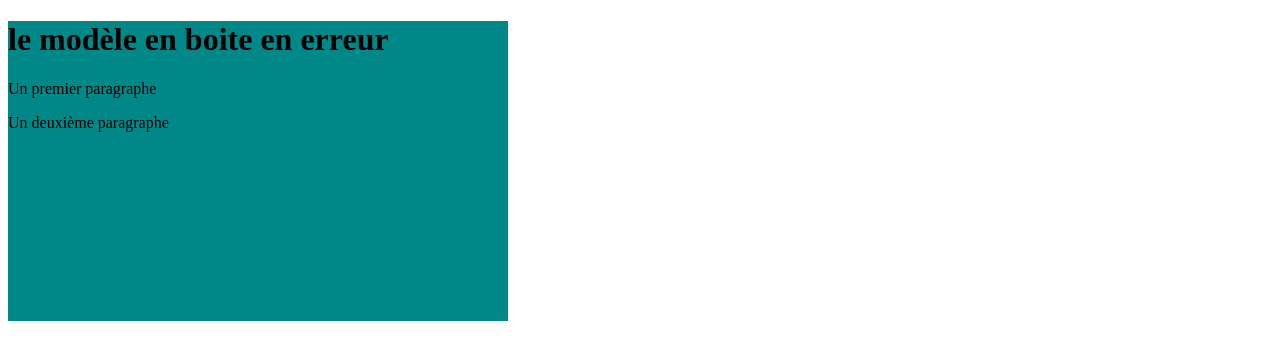
Repository: serviceshuios/-git-reference-java-lyon-worspace
Page: workspaceWeb/MaPremierePage/WebContent/ModeleEnBoiteErreur.html
The author's editor kept a copy of each file at every save. The page is drawn from the files as they stood at one save, then again after the next save.
The browser window is 1280 px wide. The pictures show the whole page.

Above is the page before, as saved 2017-04-04 08:21:04.

After the next save:
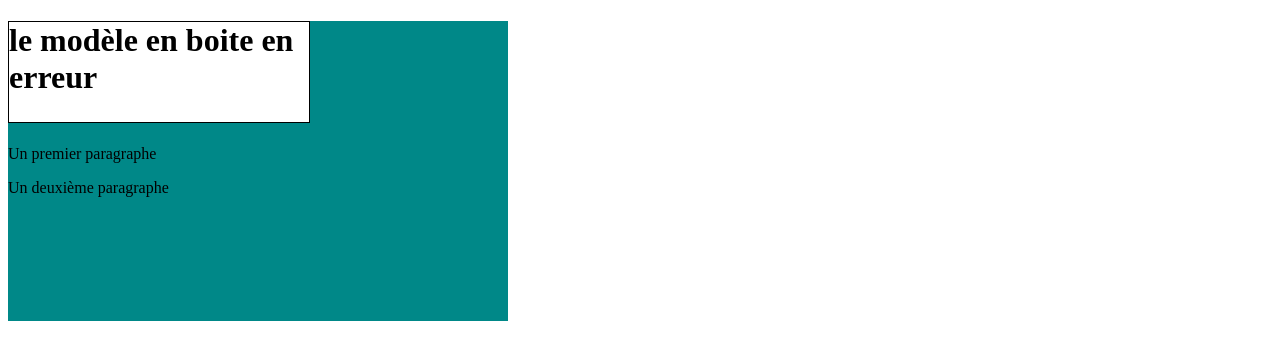
Saved 62 s later.
--- a/workspaceWeb/MaPremierePage/WebContent/css/style11.css
+++ b/workspaceWeb/MaPremierePage/WebContent/css/style11.css
@@ -3,3 +3,9 @@ div{
 	width:500px;
 	height: 300px;
 }
+h1{
+	width:300px;
+	background-color:white;
+	height: 100px;
+	border:1px solid black;
+}
